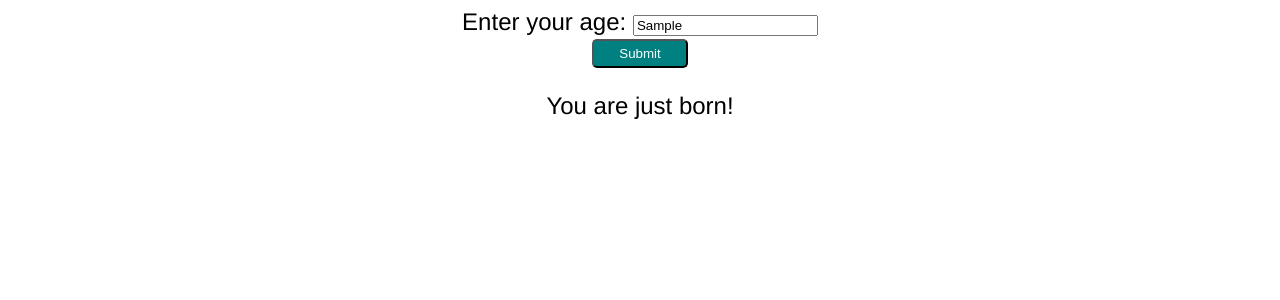
Repository: Apekshit-Yadav/myDotfiles
Page: Documents/GitHub/coding-projects/brojs/agepass/index.html
An editor plug-in stored every save of this project. The page is shown before and after the next save, followed by the edit.
The browser window is 1280 px wide. The pictures show the whole page.
Empty fields were first filled with sample values (such as "Sample", 5 or name@example.com).
After loading, the first visible `#submitto` was clicked once.

Above is the page before, as saved 2025-03-13 06:01:37.

After the next save:
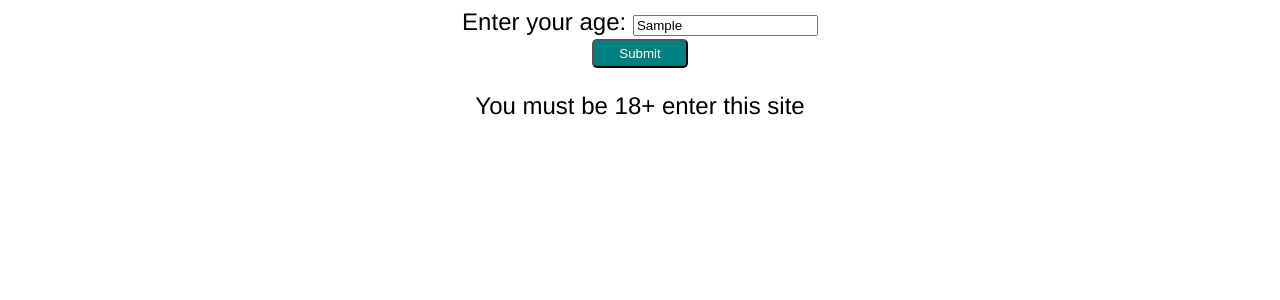
Saved 103 s later.
--- a/Documents/GitHub/coding-projects/brojs/agepass/script.js
+++ b/Documents/GitHub/coding-projects/brojs/agepass/script.js
@@ -1,9 +1,10 @@
 const myAge = document.getElementById("myage");
 const mySubmit = document.getElementById("submitto");
 const res = document.getElementById("result");
-let age = myAge.value;
-age=Number(age);
+let age
+// age=Number(age);
 mySubmit.onclick=function(){
+    age= myAge.value;
     if(age>=100){
         res.textContent="You are TOO OLD to enter this site";
     }
